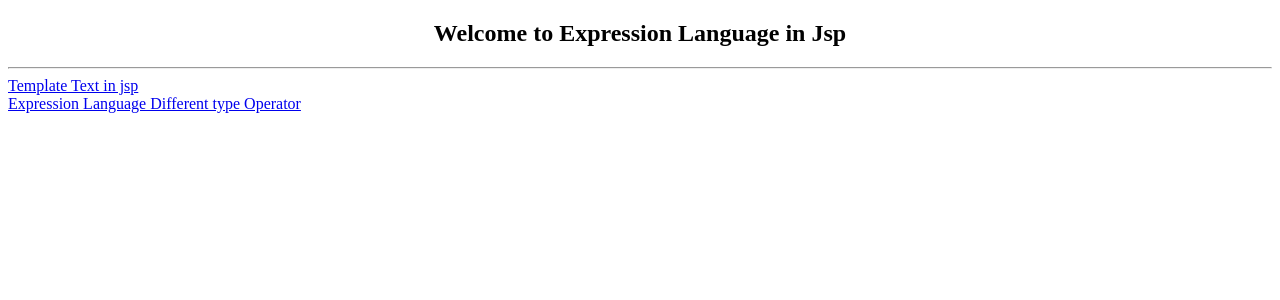
Repository: imrangthub/BlogUsingCoreJava
Page: http://localhost/StartingJsp_00/ExpressionLanguageOfJsp/index.jsp
The author's editor kept a copy of each file at every save. The page is drawn from the files as they stood at one save, then again after the next save.
The browser window is 1280 px wide. The pictures show the whole page.
The page is served by Tomcat 9. Other server files are loaded and not shown.

Above is the page before, as saved 2016-12-25 13:25:01.

### StartingJsp_00/WebContent/ExpressionLanguageOfJsp/index.jsp
<%@ page language="java" contentType="text/html; charset=ISO-8859-1"
    pageEncoding="ISO-8859-1"%>
<!DOCTYPE html PUBLIC "-//W3C//DTD HTML 4.01 Transitional//EN" "http://www.w3.org/TR/html4/loose.dtd">
<html>
<head>
<meta http-equiv="Content-Type" content="text/html; charset=ISO-8859-1">
<title>Expression Lan</title>
</head>
<body>
<h2 align="center">Welcome to Expression Language in Jsp</h2>
<hr/>
<a href="templateText.jsp">Template Text in jsp</a><br/>
<a href="expLanOperator.jsp">Expression Language Different type Operator</a>

</body>
</html>

After the next save:
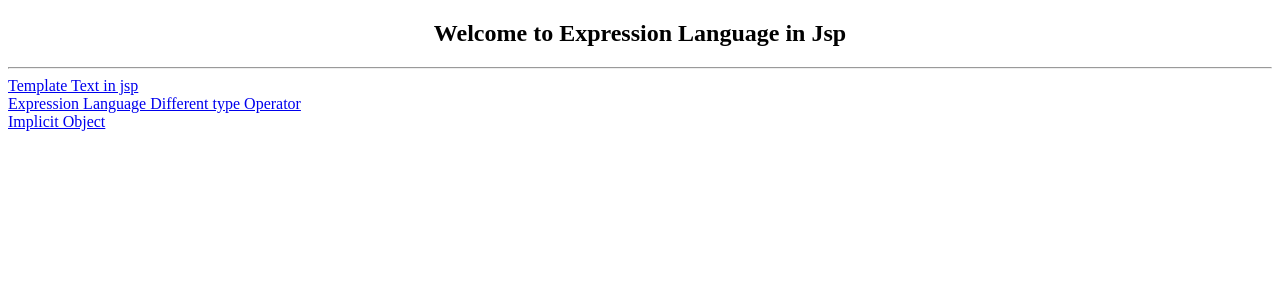
Saved 27 s later.
--- a/StartingJsp_00/WebContent/ExpressionLanguageOfJsp/index.jsp
+++ b/StartingJsp_00/WebContent/ExpressionLanguageOfJsp/index.jsp
@@ -10,7 +10,8 @@
 <h2 align="center">Welcome to Expression Language in Jsp</h2>
 <hr/>
 <a href="templateText.jsp">Template Text in jsp</a><br/>
-<a href="expLanOperator.jsp">Expression Language Different type Operator</a>
+<a href="expLanOperator.jsp">Expression Language Different type Operator</a><br/>
+<a href="implicitObjectOrBiltinObj.jsp">Implicit Object</a>
 
 </body>
 </html>
